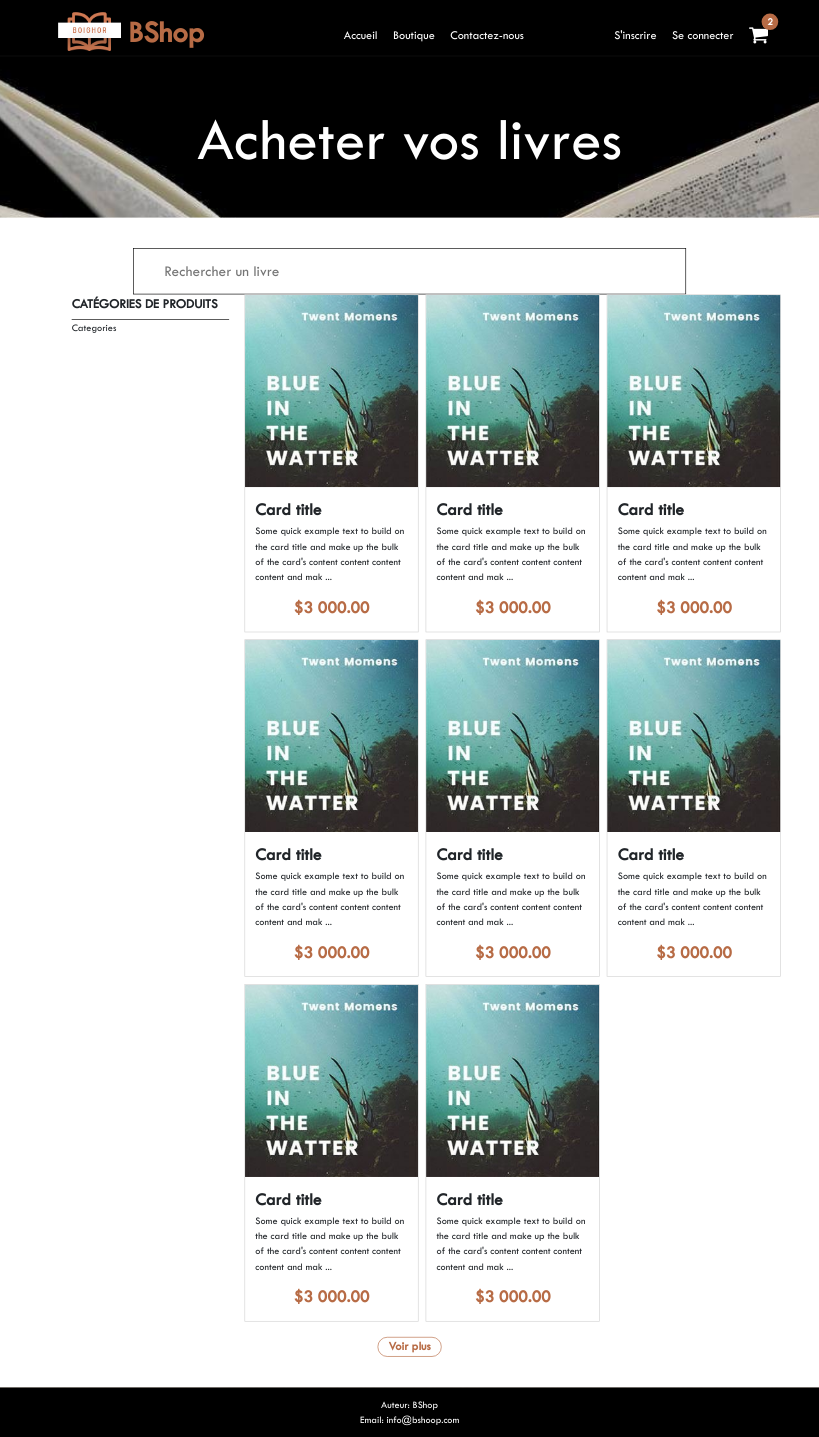
Repository: padevft/e-commerce-php
Page: http://localhost/server/pages/shop.php
An editor plug-in stored every save of this project. The page is shown before and after the next save, followed by the edit.
The browser window is 1280 px wide. The pictures show the whole page, at 64% of full size.
The page is run by PHP 8.4 with error messages shown; the project is at /var/www/html/.

Above is the page before, as saved 2023-09-18 11:24:51.

After the next save:
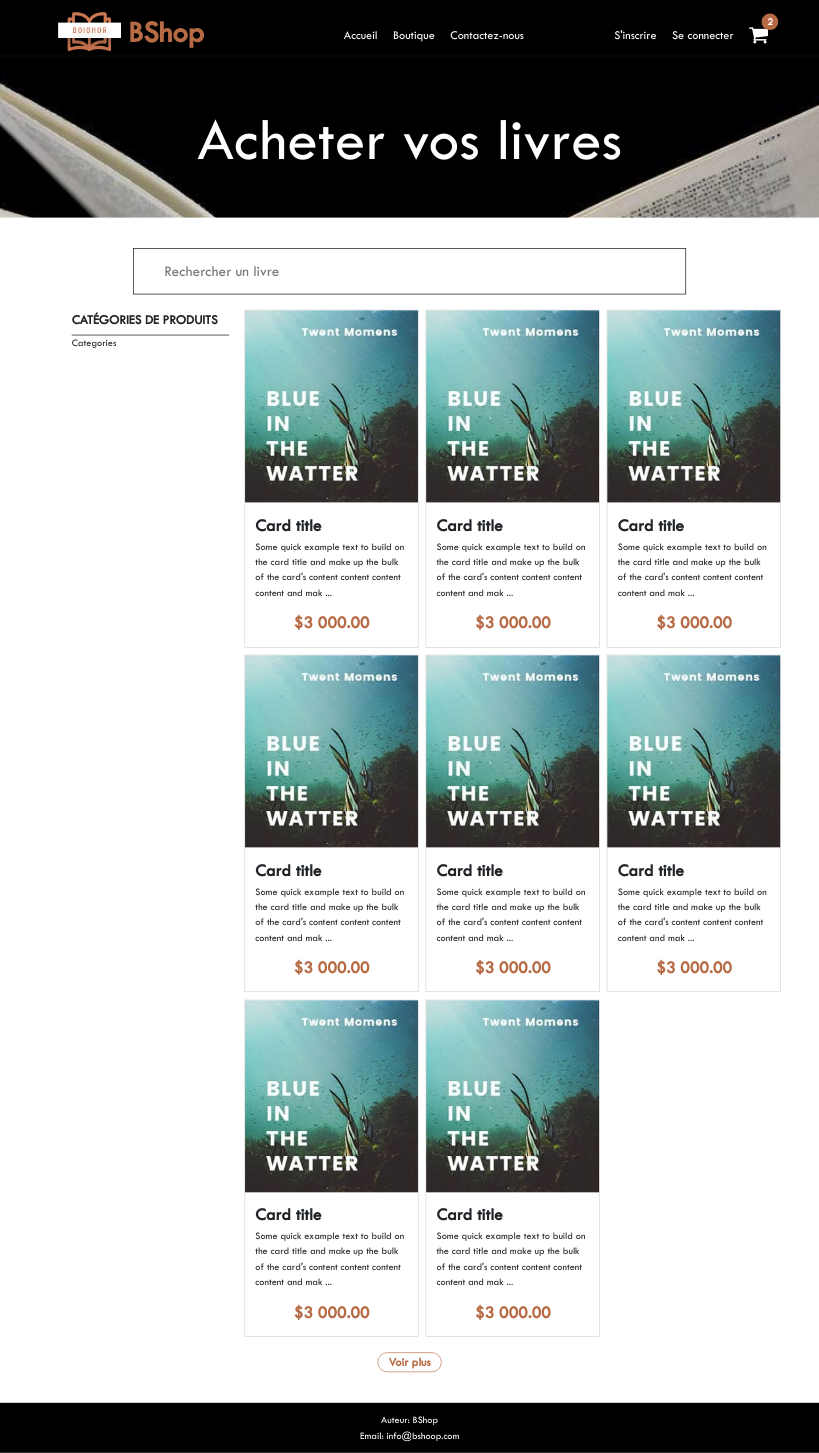
Saved 2 min 6 s later.
--- a/server/pages/shop.php
+++ b/server/pages/shop.php
@@ -26,7 +26,7 @@ require_once('../includes/utilitaires.inc.php');
         </span>
       </div>
       <div class="container-products">
-        <div class="container-search">
+        <div class="pb-4 container-search">
           <div class="d-flex align-items-center content-search">
             <span><i class="fa fa-search shopping-cart"></i></span>
             <input type="text" class="input-search" placeholder="Rechercher un livre" />
